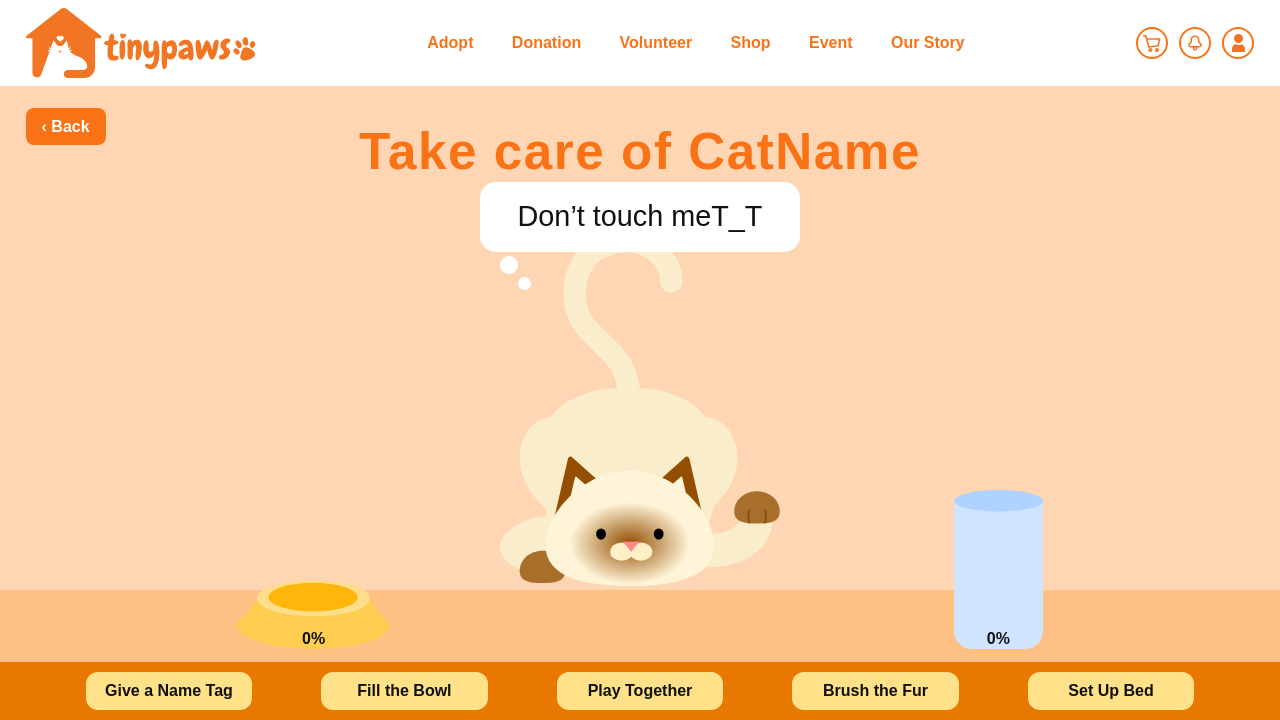
Repository: LShuyanLi/TinyPaws
Page: /, after clicking the first element matching `div > div`
An editor plug-in stored every save of this project. The page is shown before and after the next save, followed by the edit.
The browser window is 1280 px wide. The pictures show the whole page.
The project was rebuilt for these pictures with package versions that can differ from the ones it lists, and the page was loaded fresh each time. The framework's server and built-in components were replaced by stand-ins that run in the browser. Also part of the build but not shown: next.config.mjs.

Above is the page before, as saved 2026-05-09 23:12:47.

After the next save:
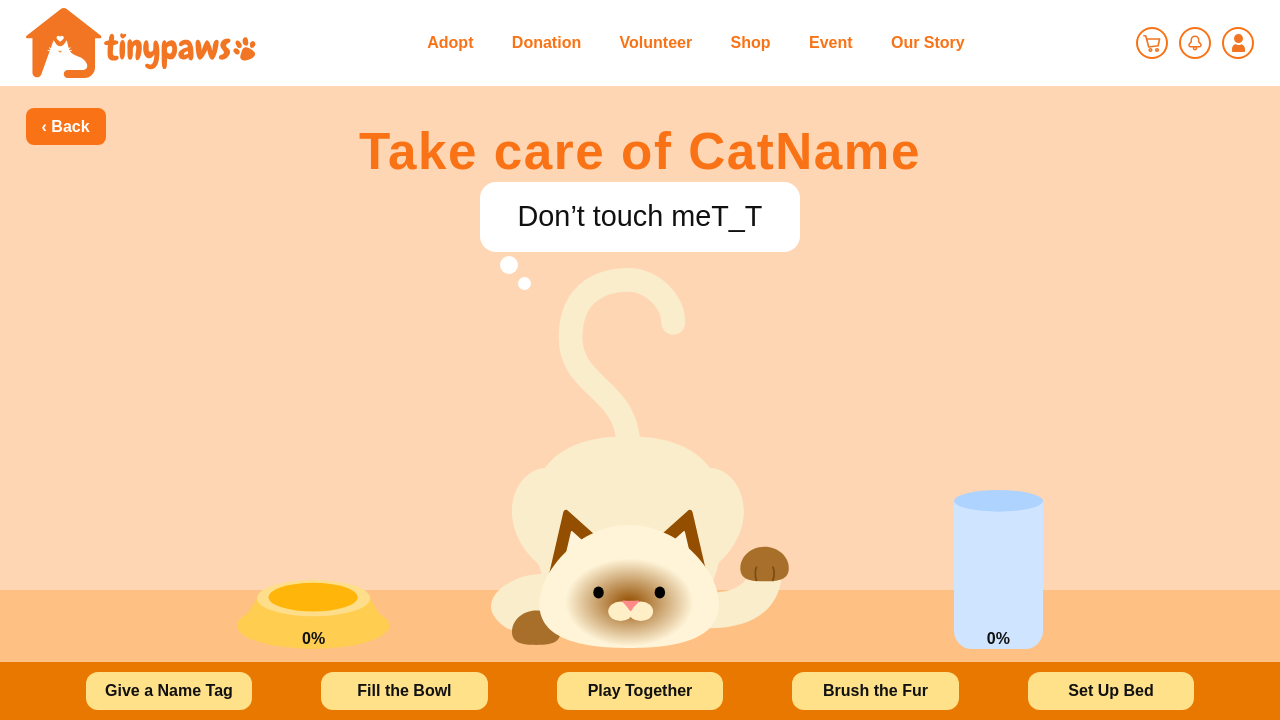
Saved 43 s later.
--- a/components/shared/CatDisplay.jsx
+++ b/components/shared/CatDisplay.jsx
@@ -54,8 +54,8 @@ export default function CatDisplay({
       )}
       <div
         style={{
-          width: "280px",
-          height: "480px",
+          width: "380px",
+          height: "380px",
           position: "relative",
         }}
       >
